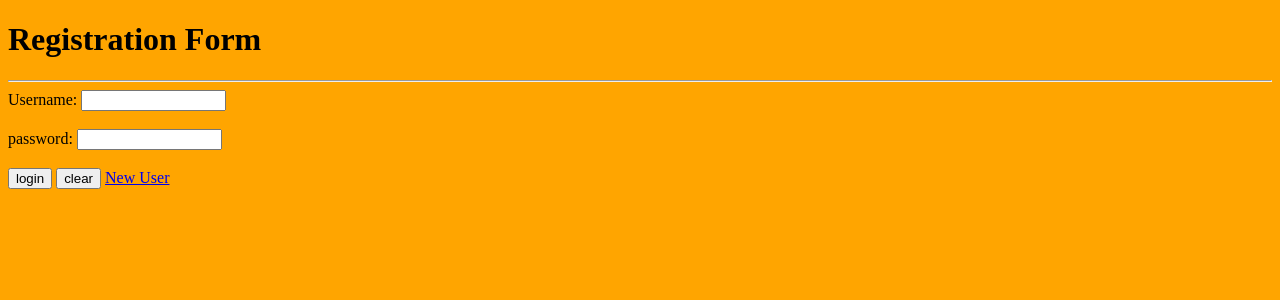
Repository: Amrinshaik/Day10
Page: LoginApp/WebContent/registration.html
These files come from the project's save history. The page is drawn as it stood at one moment and after the next save; the edit follows.
The browser window is 1280 px wide. The pictures show the whole page.

Above is the page before, as saved 2018-09-05 10:24:29.

### LoginApp/WebContent/registration.html
<!DOCTYPE html>
<html>
<head>
<meta charset="ISO-8859-1">
<title>Registration Page</title>
</head>
<body bgcolor="orange">
<h1>Registration Form</h1>
<hr>
<form action="registration" method="post">
<label>Username:</label>
<input type="text" name="username" size="15"/>
<br><br>
<label>password:</label>
<input type="password" name="password" size="15"/>
<br><br>
<input type="submit" value="login"/>
<input type="reset" value="clear"/>
<a href="login.html">New User</a>
</form>
</body>
</html>

After the next save:
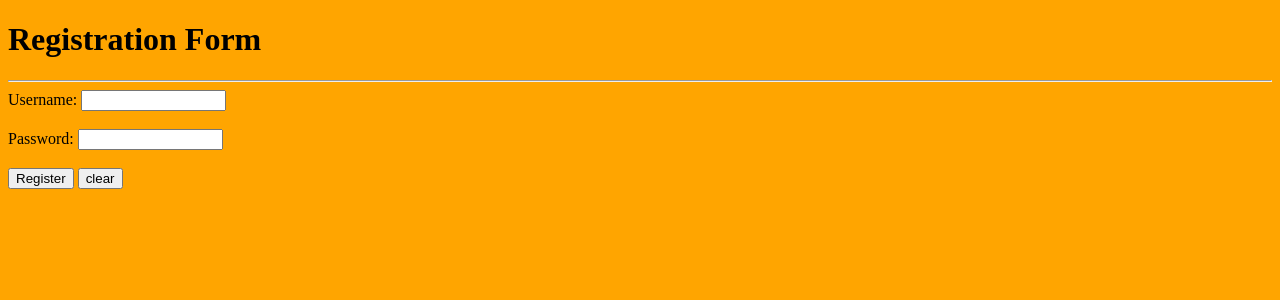
Saved 3 min 33 s later.
--- a/LoginApp/WebContent/registration.html
+++ b/LoginApp/WebContent/registration.html
@@ -7,16 +7,15 @@
 <body bgcolor="orange">
 <h1>Registration Form</h1>
 <hr>
-<form action="registration" method="post">
+<form action="register" method="post">
 <label>Username:</label>
 <input type="text" name="username" size="15"/>
 <br><br>
-<label>password:</label>
+<label>Password:</label>
 <input type="password" name="password" size="15"/>
 <br><br>
-<input type="submit" value="login"/>
+<input type="submit" value="Register"/>
 <input type="reset" value="clear"/>
-<a href="login.html">New User</a>
 </form>
 </body>
 </html>
